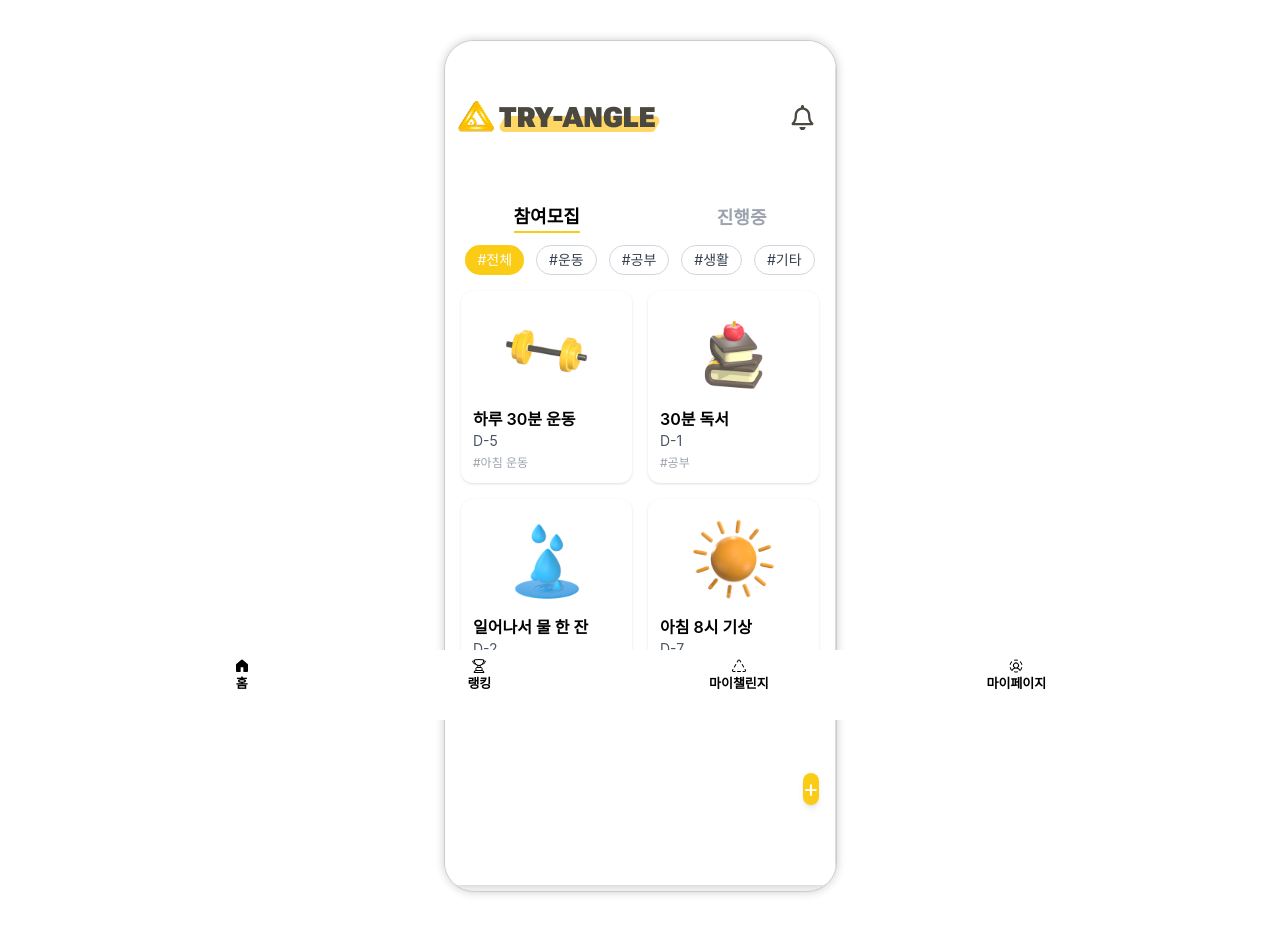
Repository: gusdk19/TryAngle-FE
Page: /
These files come from the project's save history. The page is drawn as it stood at one moment and after a run of saves; the edit follows.
The browser window is 1280 px wide. The pictures show the whole page.
The project was rebuilt for these pictures with package versions that can differ from the ones it lists, and the page was loaded fresh each time. Also part of the build but not shown: src/App.css.

Above is the page before, as saved 2025-04-30 14:55:59.

### src/index.js
import React from 'react';
import ReactDOM from 'react-dom/client';
import "./styles/index.css";
import App from './App';
import reportWebVitals from './reportWebVitals';

const root = ReactDOM.createRoot(document.getElementById('root'));
root.render(
  <React.StrictMode>
    {/* <App /> */}
    <div className='iphone-frame'>
      <App/>
    </div>
  </React.StrictMode>
);

// If you want to start measuring performance in your app, pass a function
// to log results (for example: reportWebVitals(console.log))
// or send to an analytics endpoint. Learn more: https://bit.ly/CRA-vitals
reportWebVitals();

### src/styles/index.css
@tailwind base;
@tailwind components;
@tailwind utilities;

body {
  margin: 0;
  font-family: -apple-system, BlinkMacSystemFont, 'Segoe UI', 'Roboto', 'Oxygen',
    'Ubuntu', 'Cantarell', 'Fira Sans', 'Droid Sans', 'Helvetica Neue',
    sans-serif;
  -webkit-font-smoothing: antialiased;
  -moz-osx-font-smoothing: grayscale;
}

code {
  font-family: source-code-pro, Menlo, Monaco, Consolas, 'Courier New',
    monospace;
}

.iphone-frame {
  position: relative;
  width: 393px;
  height: 852px;
  border: 1px solid #ccc;
  margin: 40px auto;
  box-shadow: 0 0 10px rgba(0,0,0,0.2);
  overflow: auto;
  border-radius: 30px;
  background: white;
  padding: 0px 0px;

  -ms-overflow-style:none; /* IE and Edge */
  scrollbar-width:none; /* Firefox */
}

.iphone-frame::-webkit-scrollbar {
	display:none /* Chrome , Safari , Opera */
}

### src/App.js
import { BrowserRouter, Routes, Route } from 'react-router-dom';
import './App.css';

import Home from './pages/Home';
//import Alarm from './pages/Alarm';
//import ChallengeAdd from './pages/ChallengeAdd';

function App() {
  return (
    <BrowserRouter>
      <Routes>
        <Route path="/" element={<Home />} />
        {/*<Route path="/alarm" element={<Alarm />} /> */}
        { /*<Route path="/challenge/add" element={<ChallengeAdd />} />*/}
      </Routes>
    </BrowserRouter>
  );
}

export default App;

### src/pages/Home.js
import React, { useState } from 'react';
import Header from '../components/Header';
import Footer from '../components/Footer';
import dumbell from '../assets/images/finace/dumbell.png';
import books from '../assets/images/finace/books.png';
import water from '../assets/images/finace/water.png';
import sun from '../assets/images/finace/Sun.png';

const Home = () => {
  const [activeTab, setActiveTab] = useState('participating');
  const [activeCategory, setActiveCategory] = useState('전체');

  const categories = ['전체', '운동', '공부', '생활', '기타'];

  const challenges = [
    { id: 1, title: '하루 30분 운동', dday: 5, tag: '#아침 운동', image: dumbell },
    { id: 2, title: '30분 독서', dday: 1, tag: '#공부', image: books },
    { id: 3, title: '일어나서 물 한 잔', dday: 2, tag: '#생활', image: water },
    { id: 4, title: '아침 8시 기상', dday: 7, tag: '#생활', image: sun },
  ];

  const filteredChallenges =
    activeCategory === '전체'
      ? challenges
      : challenges.filter((c) => c.tag.includes(activeCategory));

  return (
    <div className="flex justify-center items-center min-h-screen bg-gray-200">
      {/* 모바일 프레임 */}
      <div className="relative w-[390px] h-[844px] bg-white overflow-hidden rounded-xl shadow-lg flex flex-col">
        <Header />

        {/* 탭 영역 */}
        <div className="flex justify-around mt-4">
          <button
            className={`text-lg font-semibold ${
              activeTab === 'participating'
                ? 'border-b-2 border-yellow-400 text-black'
                : 'text-gray-400'
            }`}
            onClick={() => setActiveTab('participating')}
          >
            참여모집
          </button>
          <button
            className={`text-lg font-semibold ${
              activeTab === 'ongoing'
                ? 'border-b-2 border-yellow-400 text-black'
                : 'text-gray-400'
            }`}
            onClick={() => setActiveTab('ongoing')}
          >
            진행중
          </button>
        </div>

        {/* + 버튼 */}
        <button className="absolute bottom-20 right-4 bg-yellow-400 w-23 h-22 rounded-full text-white text-2xl shadow-md hover:bg-yellow-500 z-20">
          +
        </button>

        {/* 카테고리 */}
        <div className="flex justify-center gap-3 mt-3">
          {categories.map((category) => (
            <button
              key={category}
              className={`px-3 py-1 rounded-full text-sm ${
                activeCategory === category
                  ? 'bg-yellow-400 text-white'
                  : 'bg-white text-gray-700 border border-gray-300'
              }`}
              onClick={() => setActiveCategory(category)}
            >
              #{category}
            </button>
          ))}
        </div>

        {/* 챌린지 카드 */}
        <div className="flex-grow overflow-y-auto p-4 pb-[100px]">
          <div className="grid grid-cols-2 gap-4">
            {filteredChallenges.map((c) => (
              <div
                key={c.id}
                className="bg-white p-3 rounded-xl shadow hover:bg-yellow-200 transition"
              >
                <img
                  src={c.image}
                  alt={c.title}
                  className="w-full h-24 object-contain mb-2"
                />
                <p className="font-semibold">{c.title}</p>
                <p className="text-sm text-gray-600">D-{c.dday}</p>
                <p className="text-xs text-gray-400 mt-1">{c.tag}</p>
              </div>
            ))}
          </div>
        </div>

        <Footer page="home" />
      </div>
    </div>
  );
};

export default Home;

### src/components/Header.js
import React from "react";
import "../styles/Header.css";
import { FaRegBell } from "react-icons/fa";
import { useNavigate } from "react-router-dom";
import logo_name from "../assets/images/common/logo_name.png";

export default function Header() {
  const navigate = useNavigate();

  return (
    <div className="header flex flex-unwrap grow w-full pt-[4.5px]">
      {/* 로고 (왼쪽) */}
      <div className="logo-name my-auto flex-1 text-left align-middle cursor-pointer" onClick={() => navigate("/")}>
        <img src={logo_name} alt="try-angle_logo_name" />
      </div>

      {/* 알림 아이콘 (오른쪽) */}
      <div className="bell flex-none align-middle cursor-pointer">
        <FaRegBell
          className="bell-icon2 mt-[2px] text-[#4A483F]"
          onClick={() => navigate("/alarm")}
        />
      </div>
    </div>
  );
}

### src/components/Footer.js
import React from "react";
import "../styles/Header.css";
import { GoHome, GoHomeFill } from "react-icons/go";
import { HiTrophy, HiOutlineTrophy } from "react-icons/hi2";
import { PiUserCircleDashed, PiUserCircleDuotone, PiTriangleDashedFill, PiTriangleDashed } from "react-icons/pi";
import { useNavigate } from "react-router-dom";

export default function Footer({ page }) {
  const navigate = useNavigate();

  const navigationItems = [
    {
      icon: page === "home" ? <GoHomeFill className="icon" /> : <GoHome className="icon" />,
      label: "홈",
      route: "/",
    },
    {
      icon: page === "ranking" ? <HiTrophy className="icon" /> : <HiOutlineTrophy className="icon" />,
      label: "랭킹",
      route: "/rank",
    },
    {
      icon: page === "myChallenge" ? <PiTriangleDashedFill className="icon" /> : <PiTriangleDashed className="icon" />,
      label: "마이챌린지",
      route: "/mychallenge",
    },
    {
      icon: page === "myPage" ? <PiUserCircleDuotone className="icon" /> : <PiUserCircleDashed className="icon" />,
      label: "마이페이지",
      route: "/mypage",
    },
  ];

  return (
    <footer className="fixed bottom-0 left-0 w-full h-[70px] bg-white px-4 pt-2 z-10">
      <div className="flex justify-evenly items-start">
        {navigationItems.map((item, index) => (
          <div
            key={index}
            className="footer-item flex flex-col items-center cursor-pointer"
            onClick={() => navigate(item.route)}
          >
            {item.icon}
            <span className="text-[13px] font-bold text-black text-center leading-normal">
              {item.label}
            </span>
          </div>
        ))}
      </div>
    </footer>
  );
}

### src/styles/Header.css
.header{
    display: flex;
    flex-wrap: nowrap;
    justify-content: space-between;
    position: relative;
    width: 100%;
    height: 51px;
    text-align: center;
    vertical-align: middle;
}

.title{
    display: grid;
    place-items: center;
    flex-grow: 1;
    vertical-align: middle;
}

.logo-name{
    display: grid;
    place-items: start;
    flex-grow: 1;
    vertical-align: middle;
    margin-left: 13px;
}

.title-text{
    position: absolute;
    left:50%;
    transform: translateX(-50%);
    font-weight: bold;
    font-size: large;
}

.bell{
    display: grid;
    place-items: center;
    flex-shrink: 0;
    vertical-align: middle;
    margin-right:20px;

}

.bell-icon{
    width: 20px;
    height:20px;
}

.bell-icon2{
    width: 25px;
    height:25px;
}

.back{
    display: grid;
    place-items: center;
    flex-shrink: 0;
    vertical-align: middle;
    margin-left:20px;

}

.back-icon{
    width: 20px;
    height:20px;
}

### tailwind.config.js
/** @type {import('tailwindcss').Config} */
module.exports = {
    content: [
        "./src/**/*.{js,jsx,ts,tsx}",
    ],
    theme: {
      extend: {},
    },
    plugins: [],
  }

Loaded but not shown: public/index.html (common file); src/reportWebVitals.js (common file)

After the next 2 saves:
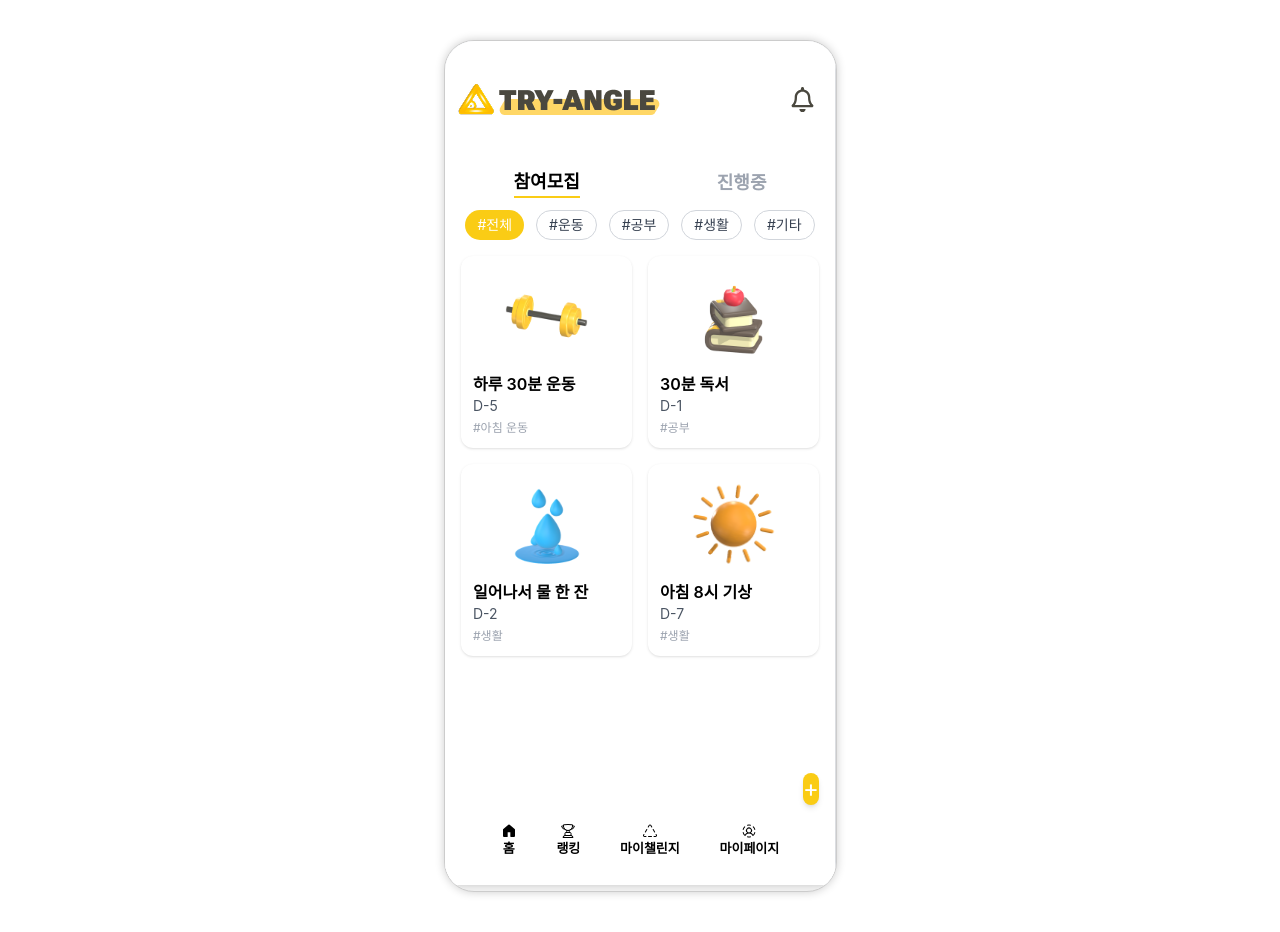
The 2 saves are shown as one change because 1 did not build or start.
The last was saved 4 min 41 s later.
--- a/src/components/Footer.js
+++ b/src/components/Footer.js
@@ -1,8 +1,18 @@
 import React from "react";
-import "../styles/Header.css";
-import { GoHome, GoHomeFill } from "react-icons/go";
-import { HiTrophy, HiOutlineTrophy } from "react-icons/hi2";
-import { PiUserCircleDashed, PiUserCircleDuotone, PiTriangleDashedFill, PiTriangleDashed } from "react-icons/pi";
+import "../styles/Header.css"
+import { GoHome } from "react-icons/go";
+import { GoHomeFill } from "react-icons/go";
+import { HiTrophy } from "react-icons/hi2";
+import { HiOutlineTrophy } from "react-icons/hi2";
+import { PiUserCircleDashed } from "react-icons/pi";
+import { PiUserCircleDuotone } from "react-icons/pi";
+import { PiUserCircleFill } from "react-icons/pi";
+import { TbUser } from "react-icons/tb";
+import { PiTriangle } from "react-icons/pi";
+import { SiAlchemy } from "react-icons/si";
+import { PiTriangleDashedFill } from "react-icons/pi";
+import { PiTriangleDashed } from "react-icons/pi";
+import { IoTriangleOutline } from "react-icons/io5";
 import { useNavigate } from "react-router-dom";
 
 export default function Footer({ page }) {
@@ -10,40 +20,42 @@
 
   const navigationItems = [
     {
-      icon: page === "home" ? <GoHomeFill className="icon" /> : <GoHome className="icon" />,
-      label: "홈",
-      route: "/",
+      icon: page === 'home' ? <GoHomeFill className="icon" /> : <GoHome className="icon" />,
+      label: '홈',
+      route: '/',
     },
     {
-      icon: page === "ranking" ? <HiTrophy className="icon" /> : <HiOutlineTrophy className="icon" />,
-      label: "랭킹",
-      route: "/rank",
+      icon: page === 'ranking' ? <HiTrophy className="icon" /> : <HiOutlineTrophy className="icon" />,
+      label: '랭킹',
+      route: '/rank',
     },
     {
-      icon: page === "myChallenge" ? <PiTriangleDashedFill className="icon" /> : <PiTriangleDashed className="icon" />,
-      label: "마이챌린지",
-      route: "/mychallenge",
+      icon: page === 'myChallenge'
+        ? <PiTriangleDashedFill className="icon" />
+        : <PiTriangleDashed className="icon" />,
+      label: '마이챌린지',
+      route: '/mychallenge',
     },
     {
-      icon: page === "myPage" ? <PiUserCircleDuotone className="icon" /> : <PiUserCircleDashed className="icon" />,
-      label: "마이페이지",
-      route: "/mypage",
+      icon: page === 'myPage'
+        ? <PiUserCircleDuotone className="icon" />
+        : <PiUserCircleDashed className="icon" />,
+      label: '마이페이지',
+      route: '/mypage',
     },
   ];
 
   return (
-    <footer className="fixed bottom-0 left-0 w-full h-[70px] bg-white px-4 pt-2 z-10">
+    <footer className="w-full h-[70px] bg-white px-4 pt-2">
       <div className="flex justify-evenly items-start">
         {navigationItems.map((item, index) => (
           <div
             key={index}
-            className="footer-item flex flex-col items-center cursor-pointer"
+            className="flex flex-col items-center cursor-pointer"
             onClick={() => navigate(item.route)}
           >
             {item.icon}
-            <span className="text-[13px] font-bold text-black text-center leading-normal">
-              {item.label}
-            </span>
+            <span className="text-[13px] font-bold text-black text-center">{item.label}</span>
           </div>
         ))}
       </div>

After the save that followed:
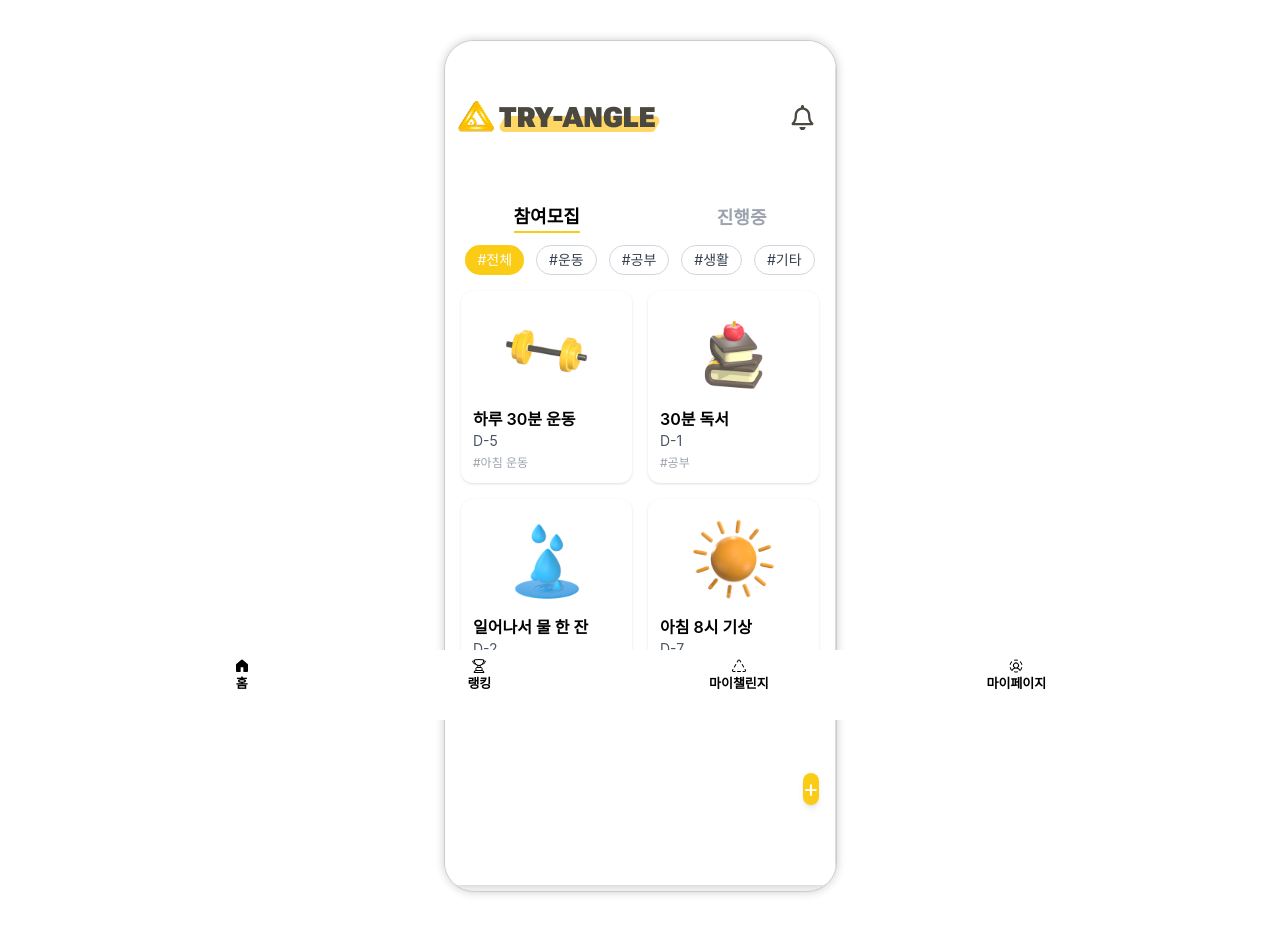
Saved 77 s later.
--- a/src/components/Footer.js
+++ b/src/components/Footer.js
@@ -1,18 +1,8 @@
 import React from "react";
-import "../styles/Header.css"
-import { GoHome } from "react-icons/go";
-import { GoHomeFill } from "react-icons/go";
-import { HiTrophy } from "react-icons/hi2";
-import { HiOutlineTrophy } from "react-icons/hi2";
-import { PiUserCircleDashed } from "react-icons/pi";
-import { PiUserCircleDuotone } from "react-icons/pi";
-import { PiUserCircleFill } from "react-icons/pi";
-import { TbUser } from "react-icons/tb";
-import { PiTriangle } from "react-icons/pi";
-import { SiAlchemy } from "react-icons/si";
-import { PiTriangleDashedFill } from "react-icons/pi";
-import { PiTriangleDashed } from "react-icons/pi";
-import { IoTriangleOutline } from "react-icons/io5";
+import "../styles/Header.css";
+import { GoHome, GoHomeFill } from "react-icons/go";
+import { HiTrophy, HiOutlineTrophy } from "react-icons/hi2";
+import { PiUserCircleDashed, PiUserCircleDuotone, PiTriangleDashedFill, PiTriangleDashed } from "react-icons/pi";
 import { useNavigate } from "react-router-dom";
 
 export default function Footer({ page }) {
@@ -20,42 +10,40 @@
 
   const navigationItems = [
     {
-      icon: page === 'home' ? <GoHomeFill className="icon" /> : <GoHome className="icon" />,
-      label: '홈',
-      route: '/',
+      icon: page === "home" ? <GoHomeFill className="icon" /> : <GoHome className="icon" />,
+      label: "홈",
+      route: "/",
     },
     {
-      icon: page === 'ranking' ? <HiTrophy className="icon" /> : <HiOutlineTrophy className="icon" />,
-      label: '랭킹',
-      route: '/rank',
+      icon: page === "ranking" ? <HiTrophy className="icon" /> : <HiOutlineTrophy className="icon" />,
+      label: "랭킹",
+      route: "/rank",
     },
     {
-      icon: page === 'myChallenge'
-        ? <PiTriangleDashedFill className="icon" />
-        : <PiTriangleDashed className="icon" />,
-      label: '마이챌린지',
-      route: '/mychallenge',
+      icon: page === "myChallenge" ? <PiTriangleDashedFill className="icon" /> : <PiTriangleDashed className="icon" />,
+      label: "마이챌린지",
+      route: "/mychallenge",
     },
     {
-      icon: page === 'myPage'
-        ? <PiUserCircleDuotone className="icon" />
-        : <PiUserCircleDashed className="icon" />,
-      label: '마이페이지',
-      route: '/mypage',
+      icon: page === "myPage" ? <PiUserCircleDuotone className="icon" /> : <PiUserCircleDashed className="icon" />,
+      label: "마이페이지",
+      route: "/mypage",
     },
   ];
 
   return (
-    <footer className="w-full h-[70px] bg-white px-4 pt-2">
+    <footer className="fixed bottom-0 left-0 w-full h-[70px] bg-white px-4 pt-2 z-10">
       <div className="flex justify-evenly items-start">
         {navigationItems.map((item, index) => (
           <div
             key={index}
-            className="flex flex-col items-center cursor-pointer"
+            className="footer-item flex flex-col items-center cursor-pointer"
             onClick={() => navigate(item.route)}
           >
             {item.icon}
-            <span className="text-[13px] font-bold text-black text-center">{item.label}</span>
+            <span className="text-[13px] font-bold text-black text-center leading-normal">
+              {item.label}
+            </span>
           </div>
         ))}
       </div>
